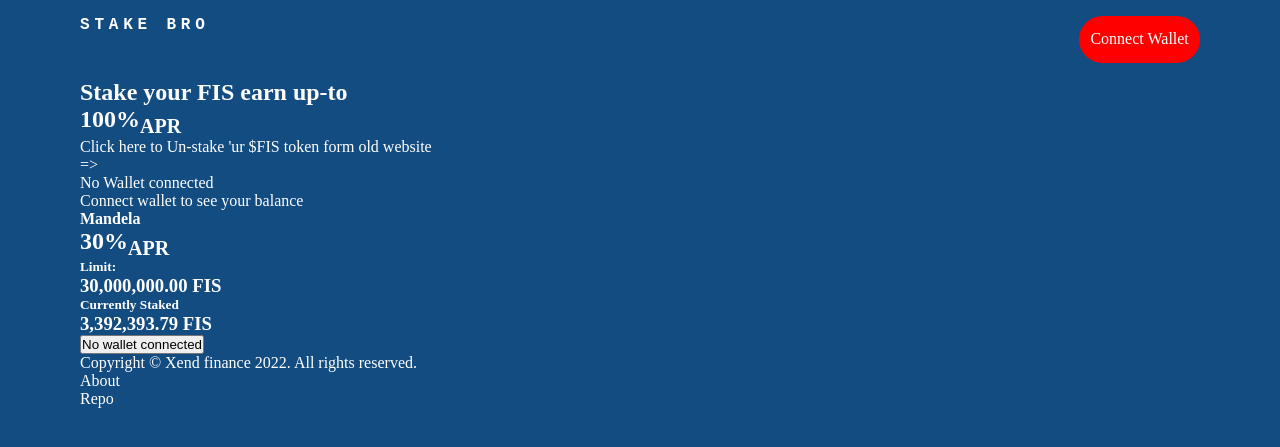
Repository: NorVirae/Stake
Page: /
The author's editor kept a copy of each file at every save. The page is drawn from the files as they stood at one save, then again after a run of saves.
The browser window is 1280 px wide. The pictures show the whole page.
The project was rebuilt for these pictures with package versions that can differ from the ones it lists, and the page was loaded fresh each time.

Above is the page before, as saved 2022-04-18 01:06:02.

After the next 2 saves:
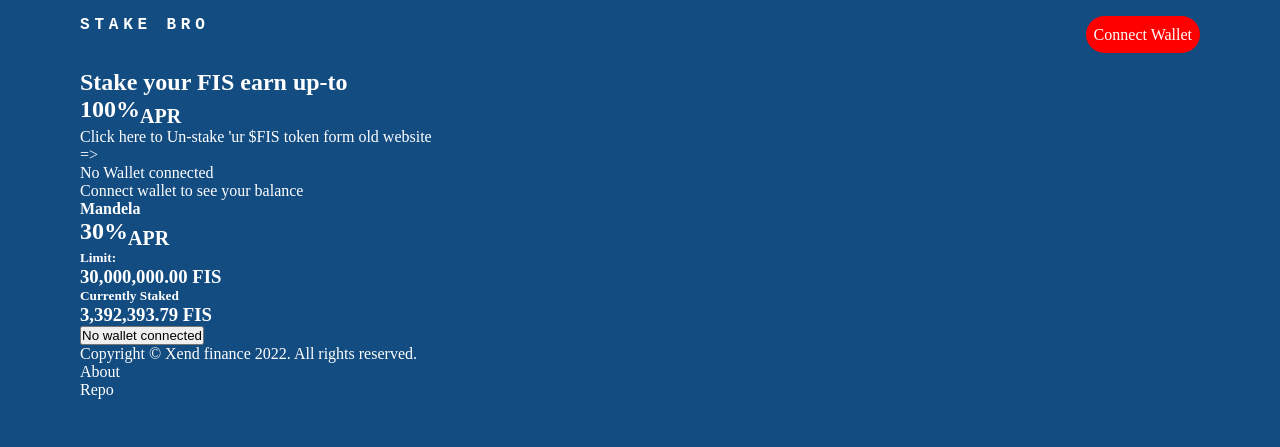
The 2 saves are shown as one change because they came seconds apart.
The last was saved 10 s later.
--- a/src/styles/app.css
+++ b/src/styles/app.css
@@ -42,6 +42,6 @@ nav {
 
 .connect-wallet-btn{
     background-color: red;
-    padding: .9rem .7rem;
+    padding: .6rem .5rem;
     border-radius: 3rem;
 }
